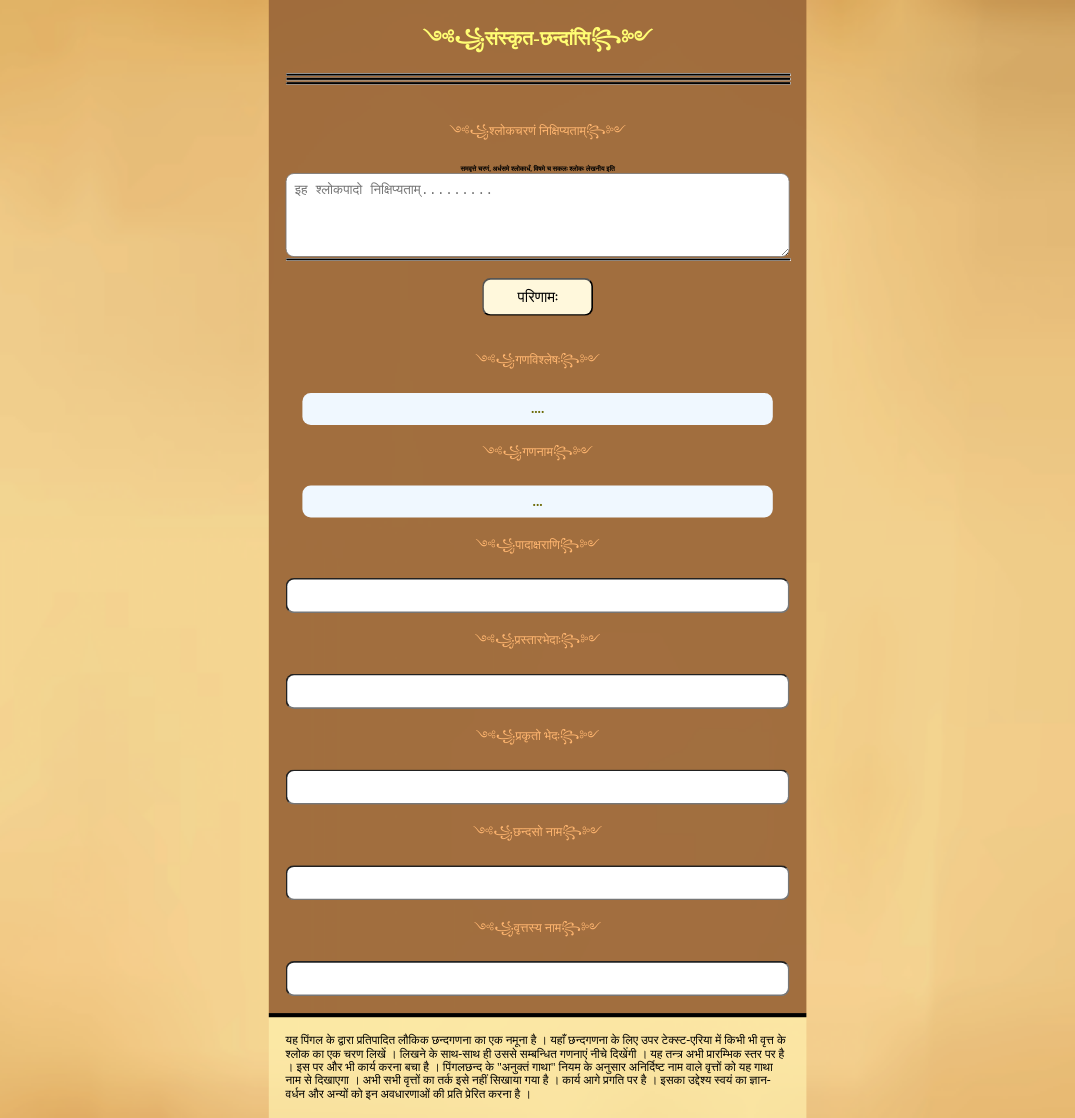
Repository: arshavak/pingala_chhand_shastram
Page: index.html
These files come from the project's save history. The page is drawn as it stood at one moment and after the next save; the edit follows.
The browser window is 1280 px wide. The pictures show the whole page, at 84% of full size.

Above is the page before, as saved 2024-10-20 17:04:54.

### index.html

<head>
<title>संस्कृत-छन्दांसि</title>
<meta name="viewport" content="width=device-width, initial-scale=1.0">

<link rel="stylesheet"  href="style.css">

</head>
<body>
<div class="contaner" id="contaner">

<h3>༺꧁संस्कृत-छन्दांसि꧂༻
</h3>
<hr><hr><hr><br>
<label for="h3">༺꧁श्लोकचरणं निक्षिप्यताम्꧂༻</label>
<b id="note">समवृत्ते चरणं, अर्धसमे श्लोकार्धं, विषमे च सकलः श्लोकः लेखनीय इति</b>
<textarea placeholder="इह श्लोकपादो निक्षिप्यताम्.........
" id="inp" onkeyup="lagabodhakam();"></textarea>
<hr>
<button id="btn" onclick="lagabodhakam()">परिणामः</button>
<label>༺꧁गणविश्लेषः꧂༻</label>
<h4 id="SI_vichched">....</h4>
<h4 id="falani"></h4>
<label>༺꧁गणनाम꧂༻</label>
<h4 id="fl">...</h4>
<label>༺꧁पादाक्षराणि꧂༻</label>
<input id="padaksharani" type="number"  readonly="" title="number"/>
<label>༺꧁प्रस्तारभेदाः꧂༻</label>
<input id="prastarabhedah" type="number" readonly="" title="number"/>
<label>༺꧁प्रकृतो भेदः꧂༻</label>
<input id="prakritobhedah" type="number" readonly="" title="number"/>
<label>༺꧁छन्दसो नाम꧂༻</label>
<input id="chhandasonama" type="text" readonly="" title="number"/>

<label>༺꧁वृत्तस्य नाम꧂༻</label>
<input id="vname" type="text" readonly="" title="number"/>
<span id="ktmtest"></span>

</div>

<div class="vivaran">

 <p>
     यह पिंगल के द्वारा प्रतिपादित लौकिक छन्दगणना का एक नमूना है ।
     यहाँ छन्दगणना के लिए उपर टेक्स्ट-एरिया में किभी भी वृत्त के  श्लोक का एक चरण लिखें । लिखने के साथ-साथ ही उससे सम्बन्धित गणनाएं नीचे  दिखेंगी । यह तन्त्र अभी प्रारम्भिक स्तर पर है । इस पर और भी कार्य करना बचा है । पिंगलछन्द के "अनुक्तं गाथा" नियम के अनुसार अनिर्दिष्ट नाम वाले वृत्तों  को यह गाथा नाम से दिखाएगा । अभी सभी वृत्तों का तर्क इसे नहीं सिखाया गया है । कार्य आगे प्रगति पर है । इसका उद्देश्य स्वयं का ज्ञान-वर्धन और अन्यों को इन अवधारणाओं की प्रति प्रेरित करना है ।

 </p>

</div>
<script src="Javascript files/main-script.js"></script>
<script src="Javascript files/vritt-script.js"></script>
<script src="Javascript files/gan-script.js"></script>
</body>

### style.css


*{
  padding: 0;
  margin: 0;

}

body {
  background-image: url("fotos/bgchh.png");
  background-position: center;
  background-repeat: no-repeat;

  background-size: cover;
  font-size: 20px;
}
label {
  margin-top: 15px;
  margin-bottom: 15px;
  display: block;
  font-size: 15px;
  color:#ffb670;
}

#note{
  font-size: 8px;
}

textarea {
  min-width: 100%;
  resize: vertical;
  min-height: 100px;
  padding: 10px;
  border-radius: 10px;
  font-size: 16px;
}

input{
  outline: none;
  width: 100%;
  padding: 10px;
  border-radius: 10px;
  font-size: 16px;
}

#btn{
  margin: 20px;
  background-color: cornsilk;
  display: inline-block;
  padding: 10px 40px;
  border-radius: 10px;
  font-weight: 400px;
  font-size: 18px;
  cursor: pointer;
  transition: background-color 0.3s ease;
}

#btn :hover{
  background-color: #f9b93f;
}
#btn :active{
   transform: calc(.2);
}
.contaner{
  padding: 20px;
  position: relative;
  text-align: center;
  background-color: #9d693af0;
  max-width: 600px;
  margin: auto;

}
.vivaran{
  background-color: rgba(255, 241, 174, 0.686);
/* color: rgb(2, 98, 98); */
padding: 20px;
font-size: 14px;
max-width: 600px;
  margin: auto;
  border-top:5px solid #000000;
}

#falani{
  display:none
}
#ktmtest{
  font-size:0px;
}

h3{
  color:#fffd73;
}

h4 {
  color:#696700;
  margin: auto;
  word-wrap:break-word;
  font-weight:900;
  overflow-x:hidden;
  background-color: aliceblue;
  outline: none;
  width: 90%;
  padding: 10px;
  border-radius: 10px;
  font-size: 16px;
}

hr{
  background-color: #000000;
  height: 2px;
  width: 100%;
  border-radius: 20px;
  margin-top: 1px;
}

### Javascript files/gan-script.js
function gan(){
document.getElementById("fl").innerHTML="";
var x = document.getElementById("falani").innerText;
x=x.match(/.{1,3}/g);
var falam = document.getElementById("fl");
document.getElementById("SI_vichched").innerText=x;
for(var i = 0; i<x.length; i++){
if(x[i]=="ISI"){
falam.innerHTML+=`<b class="alrt" onclick="alert('कदा स ज्')">जगण</b>`;
}else
if(x[i]=="SSS"){
falam.innerHTML+= `<b class="alrt" onclick="alert('धीश्रीस्त्री म्')">मगण</b>`;
}else
if(x[i]=="ISS"){
falam.innerHTML+=`<b class="alrt" onclick="alert('वरा सा य्')">यगण</b>`;
}else

if(x[i]=="SIS"){
falam.innerHTML+=`<b class="alrt" onclick="alert('का गुहा र्')">रगण</b>`;
}else

if(x[i]=="IIS"){
falam.innerHTML+=`<b class="alrt" onclick="alert('वसुधा स्')">सगण</b>`;
}else

if(x[i]=="SSI"){
falam.innerHTML+=`<b class="alrt" onclick="alert('सा ते क्व त्')">तगण</b>`;
}else

if(x[i]=="SII"){
falam.innerHTML+=`<b class="alrt" onclick="alert('किं वद भ्')">भगण</b>`;
}else

if(x[i]=="III"){
falam.innerHTML+=`<b class="alrt" onclick="alert('न हसन्')">नगण</b>`;
}else

if(x[i]=="S"){
falam.innerHTML+=`<b class="alrt" onclick="alert('गन्ते , ध्रादिपरः , हे ')">गुरु</b>`;
}else

if(x[i]=="SS"){
falam.innerHTML+=`<b class="alrt" onclick="alert('गन्ते , ध्रादिपरः , हे ')">गुरुगुरु</b>`;
}else

if(x[i]=="SI"){
falam.innerHTML+=`<b class="alrt" onclick="alert('लघुगुरु')"> गुरुलघु</b>`;
}else

if(x[i]=="IS"){
falam.innerHTML+=`<b class="alrt" onclick="alert('लघुगुरु ')">लघुगुरु </b>`;
}else

if(x[i]=="II"){
falam.innerHTML+=`<b class="alrt" onclick="alert('लघु लघु')">लघु लघु</b>`;
}else

if(x[i]=="I"){
falam.innerHTML+=`<b class="alrt" onclick="alert('लघु')">लघु</b>`;
}else{
falam.innerHTML="......";
}}}

Loaded but not shown: Javascript files/main-script.js (no copy from this time; the picture is the same without it); Javascript files/vritt-script.js (no copy from this time; the picture is the same without it)

After the next save:
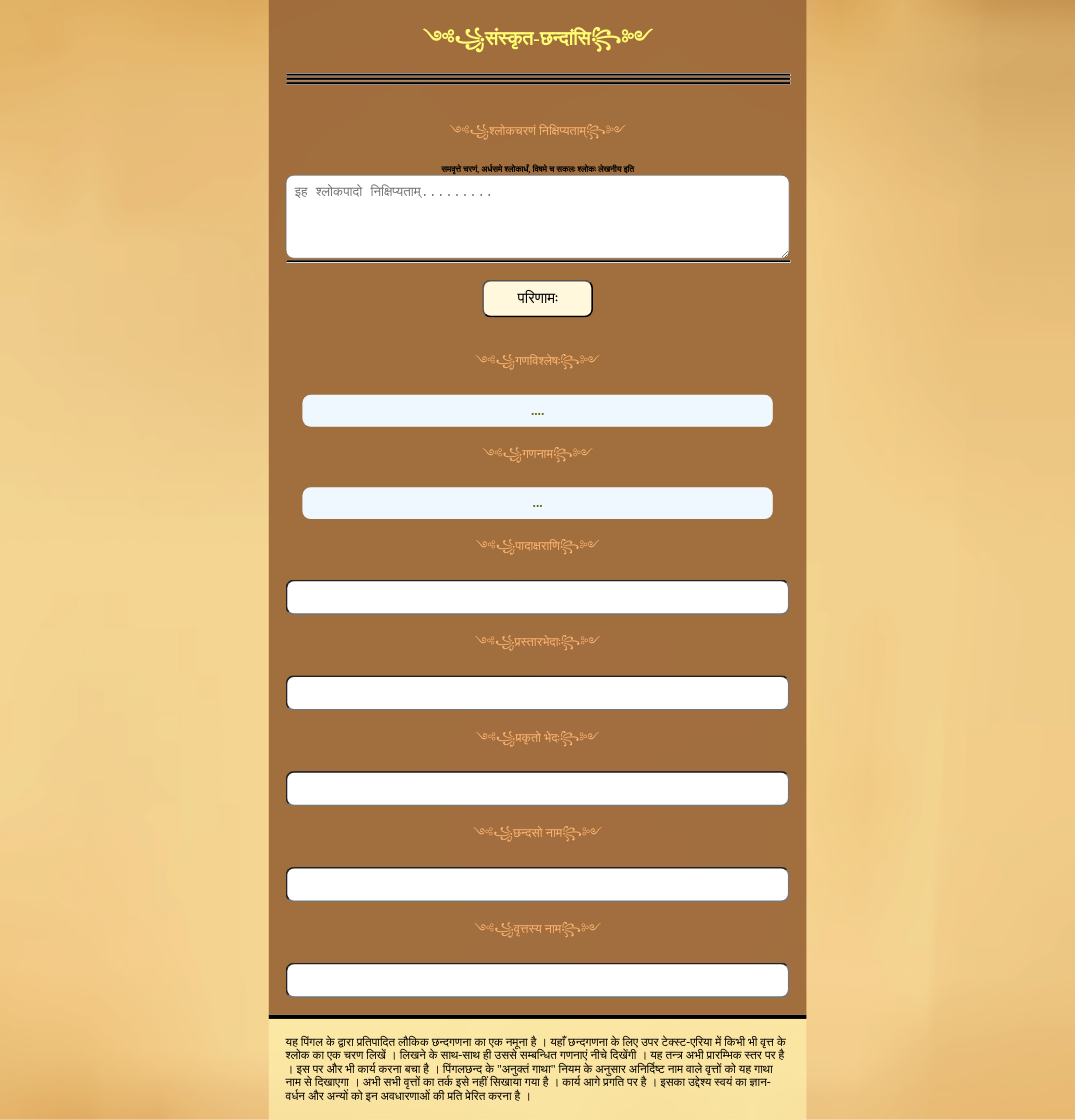
Saved 16 s later.
--- a/style.css
+++ b/style.css
@@ -23,7 +23,7 @@ label {
 }
 
 #note{
-  font-size: 8px;
+  font-size: 10px;
 }
 
 textarea {
